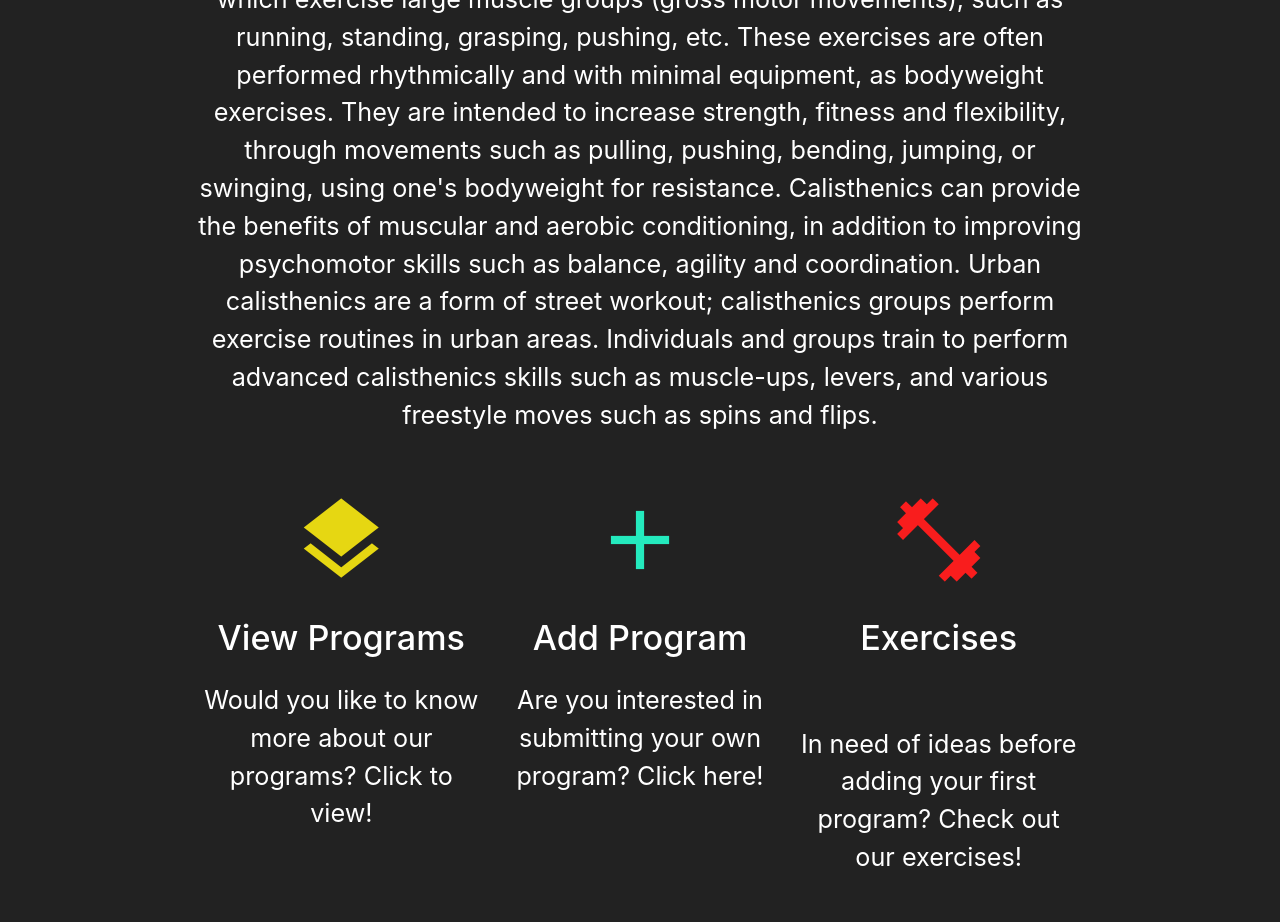
Repository: Ario124/calisthenics-project
Page: http://localhost/
The author's editor kept a record of every edit. The page is drawn from the files as they stood at one moment, then again after the next edit.
The browser window is 1280 px wide. The pictures show the part of the page from y = 970 to 1922 px (the page is 1892 px tall before and 1922 px after).
The page is served by the project's application, run on Flask 3 (app.py).

Above is the page before.

### templates/index.html
{% extends 'base.html' %} {% block content %}

<div class="video-container">
    <iframe src="///www.youtube.com/embed/FHBtLAvNGo4?start=14&end=103&controls=0&showinfo=0&rel=0&autoplay=1&loop=1&playlist=FHBtLAvNGo4&mute=1" frameborder="0" allowfullscreen></iframe>
</div>


<div class="container">
    <div class="col s12 center">
        <h1 class="center expert_title">What is Calisthenics?</h1>

        <p class="flow-text">
            Calisthenics is a form of exercise consisting of a variety of movements which exercise large muscle groups (gross motor movements), such as running, standing, grasping, pushing, etc. These exercises are often performed rhythmically and with minimal equipment,
            as bodyweight exercises.<span class="hide-on-med-and-down"> They are intended to increase strength, fitness and flexibility, through
                                    movements such as pulling, pushing, bending, jumping, or swinging, using one's bodyweight for resistance. Calisthenics can provide
                                    the benefits of muscular and aerobic conditioning, in addition to improving psychomotor skills such as balance, agility and coordination.

                                    Urban calisthenics are a form of street workout; calisthenics groups perform exercise routines in urban areas.
                                    Individuals and groups train to perform advanced calisthenics skills such as muscle-ups, levers, and various freestyle moves such as spins and flips.</span>

        </p>

        <ul class="hide-on-large-only collapsible">
            <li>
                <div class="collapsible-header"><i class="material-icons">info_outline</i>Read More</div>
                <div class="collapsible-body flow-text"><span>They are intended to increase strength, fitness and flexibility, through
                                    movements such as pulling, pushing, bending, jumping, or swinging, using one's bodyweight for resistance. Calisthenics can provide
                                    the benefits of muscular and aerobic conditioning, in addition to improving psychomotor skills such as balance, agility and coordination.

                                    Urban calisthenics are a form of street workout; calisthenics groups perform exercise routines in urban areas.
                                    Individuals and groups train to perform advanced calisthenics skills such as muscle-ups, levers, and various freestyle moves such as spins and flips.</span></div>
            </li>
        </ul>
    </div>
    <div class="center-align row">

        <div class="col s4">
            <a href="{{url_for('get_programs')}}"><i class="material-icons icon-size icon-color">layers</i></a>
            <h4><strong>View Programs</strong></h4>
            <p class="flow-text">Would you like to know more about our programs? Click to view!</p>
        </div>
        <div class="col s4">
            <a href="{{url_for('add_program')}}"> <i class="material-icons icon-size icon-color2">add</i></a>
            <h4><strong>Add Program</strong></h4>
            <p class="flow-text">Are you interested in submitting your own program? Click here!</p>
        </div>
        <div class="col s4">
            <a href="{{url_for('exercises')}}"> <i class="material-icons icon-size icon-exercises">fitness_center</i></a>
            <h4><strong>Exercises</strong></h4>
            <div class="section"></div>
            <p class="flow-text">In need of ideas before adding your first program? Check out our exercises!</p>
        </div>

    </div>
</div>

{% endblock %}

### templates/base.html
<!DOCTYPE html>
<html lang="en">
<head>
    <meta charset="UTF-8">
    <meta name="viewport" content="width=device-width, initial-scale=1">
    <link href="https://fonts.googleapis.com/icon?family=Material+Icons" rel="stylesheet">
    <link rel="stylesheet" href="https://cdnjs.cloudflare.com/ajax/libs/materialize/1.0.0/css/materialize.min.css">
    <link rel="stylesheet" href="{{url_for('static', filename="css/main.css")}}" type="text/css" />

    <title>Calisthenics Project</title>
    <link rel="icon" href="https://d1ujqdpfgkvqfi.cloudfront.net/favicon-generator/htdocs/favicons/2019-09-19/50f3ab5b7a10e0ae0911c83435938cd6.ico.png">

</head>
<body>
    <header>

        <div class="navbar-fixed">
            <nav>
                <div class="nav-wrapper">
                    <a href="{{url_for('home')}}" class="brand-logo center"><i class="material-icons hoomee">home</i>Calisthenics</a>
                    <a href="#" data-target="mobile-demo" class="sidenav-trigger"><i class="material-icons">menu</i></a>
                    <ul class="right hide-on-med-and-down">
                        <li><a href="{{url_for('get_programs')}}">View Programs</a></li>
                        <li><a href="{{url_for('add_program')}}">Add Program</a></li>
                        <li><a href="{{url_for('exercises')}}">Exercises</a></li>
                        <li><a href="{{url_for('contact')}}">Contact Us</a></li>
                    </ul>
                </div>
            </nav>

            <ul class="sidenav" id="mobile-demo">
                <li><a class="sidenav-close" href="#!"><i class="material-icons">menu</i>Close</a></li>
                <li><a href="{{url_for('get_programs')}}">View Programs</a></li>
                <li><a href="{{url_for('add_program')}}">Add Program</a></li>
                <li><a href="{{url_for('exercises')}}">Exercises</a></li>
                <li><a href="{{url_for('contact')}}">Contact Us</a></li>
            </ul>
        </div>

    </header>
    {% block content %} {% endblock %}

    <script src="https://cdnjs.cloudflare.com/ajax/libs/jquery/3.4.1/jquery.min.js"></script>
    <script src="https://cdnjs.cloudflare.com/ajax/libs/materialize/1.0.0/js/materialize.min.js"></script>
    <script type="text/javascript">
        M.AutoInit()
    </script>

</body>

</html>

### app.py
import os
from flask import Flask, render_template, redirect, request, url_for
from flask_pymongo import PyMongo
from bson.objectid import ObjectId

app = Flask(__name__)


app.config["MONGO_DBNAME"] = 'calisthenics-project'
app.config["MONGO_URI"] = 'mongodb+srv://root:pasol005@myfirstcluster-qno2b.mongodb.net/calisthenics?retryWrites=true&w=majority'


mongo = PyMongo(app)

@app.route('/')
@app.route('/home')
def home():
    return render_template('index.html')

@app.route('/add_program')
def add_program():
    return render_template('add_program.html', categories =mongo.db.categories.find(), difficulty =mongo.db.difficulty.find())


@app.route('/categories')
def categories():
    return render_template('categories.html')

@app.route('/contact')
def contact():
    return render_template('contact.html')

@app.route('/get_programs')
def get_programs():
    return render_template('programs.html',
        training_programs=mongo.db.training_programs.find(), description =mongo.db.description.find())


@app.route('/insert_program', methods=['POST'])
def insert_program():
    training_programs = mongo.db.training_programs
    training_programs.insert_one(request.form.to_dict())
    return redirect(url_for('get_programs'))

@app.route('/edit_program/<program_id>')
def edit_program(program_id):
    _program = mongo.db.training_programs.find_one({"_id": ObjectId(program_id)})
    _categories = mongo.db.categories.find()
    _difficulty = mongo.db.difficulty.find()
    category_list = [category for category in _categories]
    difficulty_list = [difficult for difficult in _difficulty]
    return render_template('edit_program.html', program = _program, categories = category_list, difficulties = difficulty_list)


@app.route('/update_program/<program_id>', methods=['POST'])
def update_program(program_id):
    training_programs = mongo.db.training_programs
    training_programs.update({'_id': ObjectId(program_id)},
    {
        'category_name':request.form.get('category_name'),
        'difficulty_level':request.form.get('difficulty_level'),
        'program_name':request.form.get('program_name'),
        'exercise':request.form.get('exercise'),
        'exercise2':request.form.get('exercise2'),
        'exercise3':request.form.get('exercise3'),
        'sets_amount':request.form.get('sets_amount'),
        'sets_amount2':request.form.get('sets_amount2'),
        'sets_amount3':request.form.get('sets_amount3'),
        'reps_amount':request.form.get('reps_amount'),
        'reps_amount2':request.form.get('reps_amount2'),
         'reps_amount3':request.form.get('reps_amount3'),
        'equipment_required':request.form.get('equipment_required'),
        'description':request.form.get('description')
    })
    return redirect(url_for('get_programs'))

@app.route('/add_exercise')
def add_exercise():
    return render_template('add_exercise.html')


@app.route('/delete_program/<program_id>')
def delete_program(program_id):
    mongo.db.training_programs.remove({'_id': ObjectId(program_id)})
    return redirect(url_for('get_programs'))


@app.route('/exercises')
def exercises():
    return render_template('exercises.html')

if __name__ == '__main__':
    app.run(host=os.environ.get('IP'),
            port=int(os.environ.get('PORT')),
            debug=True)

### static/css/main.css
nav {
    background-color: #317a90f7;

}

.brand-logo {
    font-size: 40px;
}

.video-container iframe, .video-container object, .video-container embed {
    position: absolute;
    top: 0;
    left: 0;
    width: 100%;
    height: 100%;

}


.circle {
    width: 36%;
}

.video-container {
    bottom: 65px;
    z-index: -4;
}

.collapsible-header {
background-color: transparent;
}

.icon-size {
    font-size: 100px;
    margin-top:30px;
}

.contoo {
    background-color: #212525e8;
    color: orange;
}

.program-header {
    margin-top: 5px;
}

.colored-title {
    color: #e85a13;
}

.icon-color {
    color: #e6d712;
}

.icon-color2 {
    color: #24eabe;
}

.btn-colored {
    background-color: #71c4d8e0;
}

.btn-colored:hover {
    background-color: #3196af;
}

.img-test {
    background-image: url("/static/images/Pushups.jpg");
}

.icon-exercises {
    font-size: 100px;
    margin-top:30px;
    color: #f91d1d;
}

.expert_title {
    margin-bottom: 30px;
    margin-top: 30px;
}
body {
    background-color: #222;
    color: white;
}

nav .brand-logo i, .hoomee {
    font-size: 40px;
}

.select-dropdown {
    color: white;
}

.select-dropdown li.disabled>span {
    color: white;
}

.select-dropdown:focus {
    color:white;
}

input {
    color:white;


}

.container {
    color:white;
}

textarea.materialize-textarea {
    color:white;
}

.dropdown-content {
    background-color: #313131;
}

.dropdown-content li>span {
    color:white;
}

.select-wrapper .caret {
    fill:white
}

.sidenav-overlay {
    opacity: 0 !important;
    position: relative;
}


/* MEDIA QUERIES */



@media all and (min-width: 480px) and (max-width: 768px) {
    nav {
        background-color: #d0501ef7;
    }
            .flow-text {
        font-size: 2.1rem;
    }
}

@media all and (min-width: 768px) and (max-width: 1024px) {

    nav {
        background-color: #d01e1ef7;
    }

        .flow-text {
        font-size: 2.1rem;
    }

}

After the next edit:
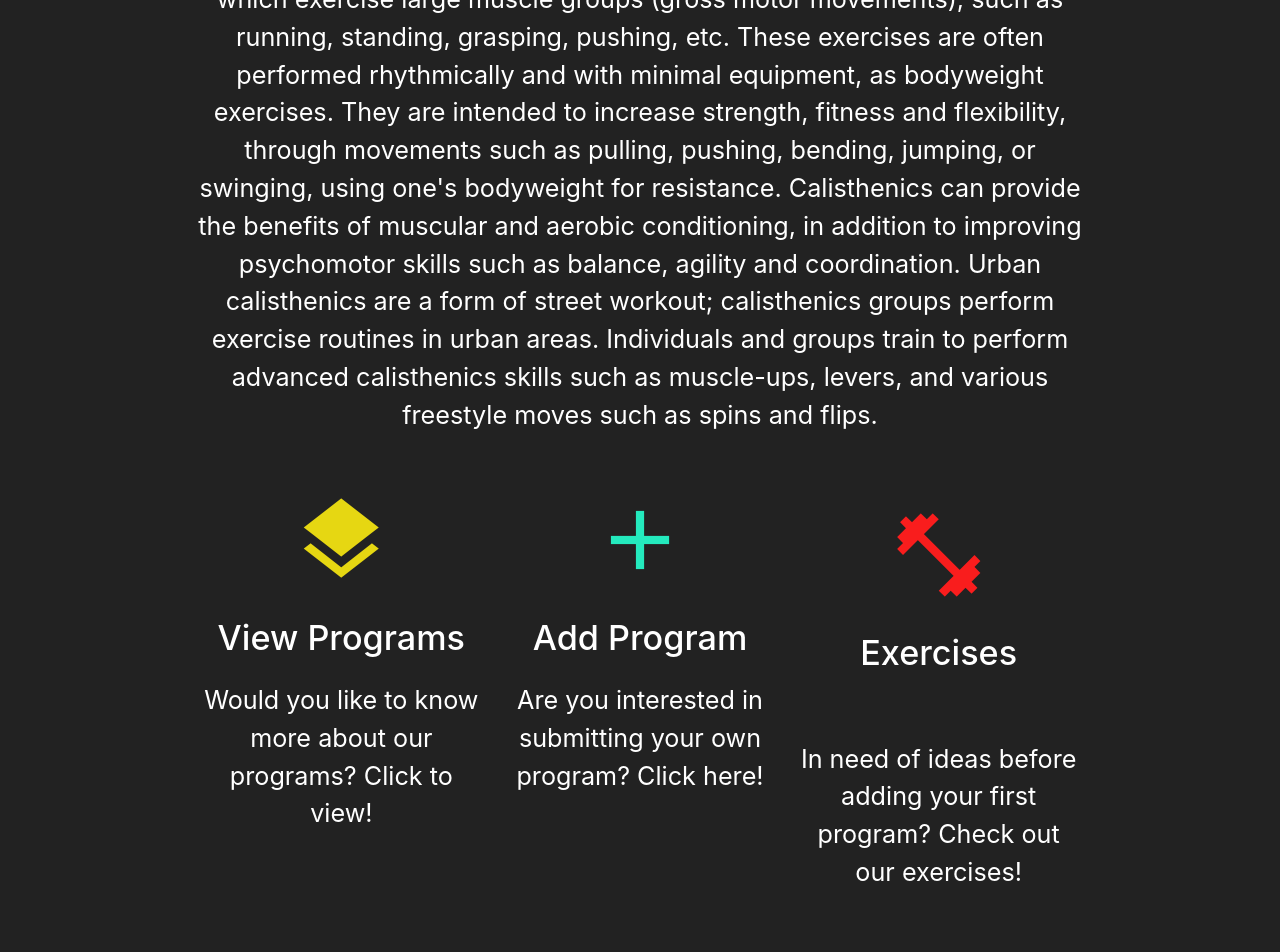
The edit:
--- a/templates/index.html
+++ b/templates/index.html
@@ -45,6 +45,7 @@
             <p class="flow-text">Are you interested in submitting your own program? Click here!</p>
         </div>
         <div class="col s4">
+                <div class="section">
             <a href="{{url_for('exercises')}}"> <i class="material-icons icon-size icon-exercises">fitness_center</i></a>
             <h4><strong>Exercises</strong></h4>
             <div class="section"></div>
